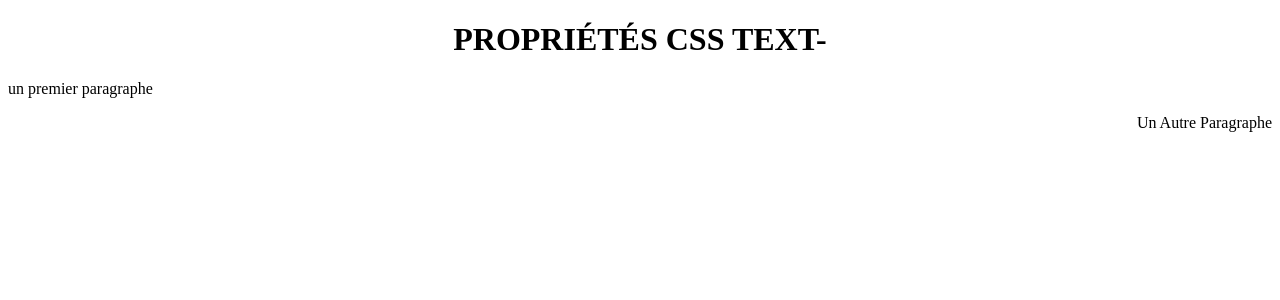
Repository: serviceshuios/-git-reference-java-lyon-worspace
Page: workspaceWeb/MaPremierePage/WebContent/Alignement.html
These files come from the project's save history. The page is drawn as it stood at one moment and after the next save; the edit follows.
The browser window is 1280 px wide. The pictures show the whole page.

Above is the page before, as saved 2017-04-03 17:08:26.

After the next save:
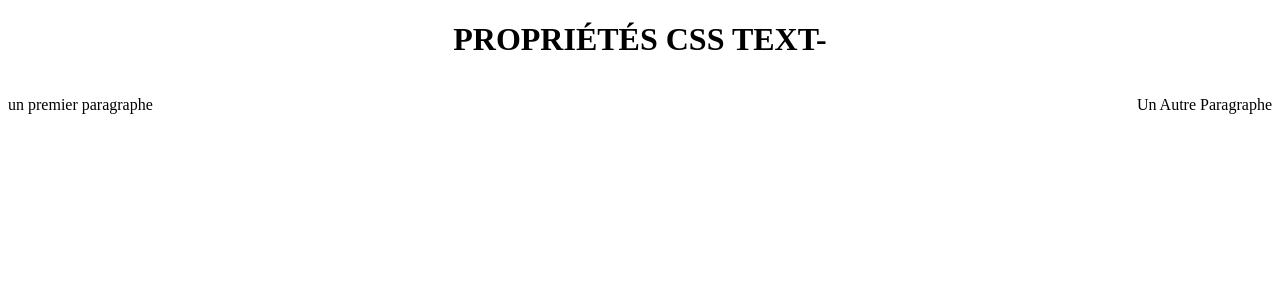
Saved 32 min 51 s later.
--- a/workspaceWeb/MaPremierePage/WebContent/css/style6.css
+++ b/workspaceWeb/MaPremierePage/WebContent/css/style6.css
@@ -6,8 +6,10 @@ h1{
 .p1{
 	text-align:left;
 	text-transform:lowercase;
+	float:left;
 }
 .p2{
 	text-align:right;
 	text-transform:capitalize;
+	float:right;
 }
